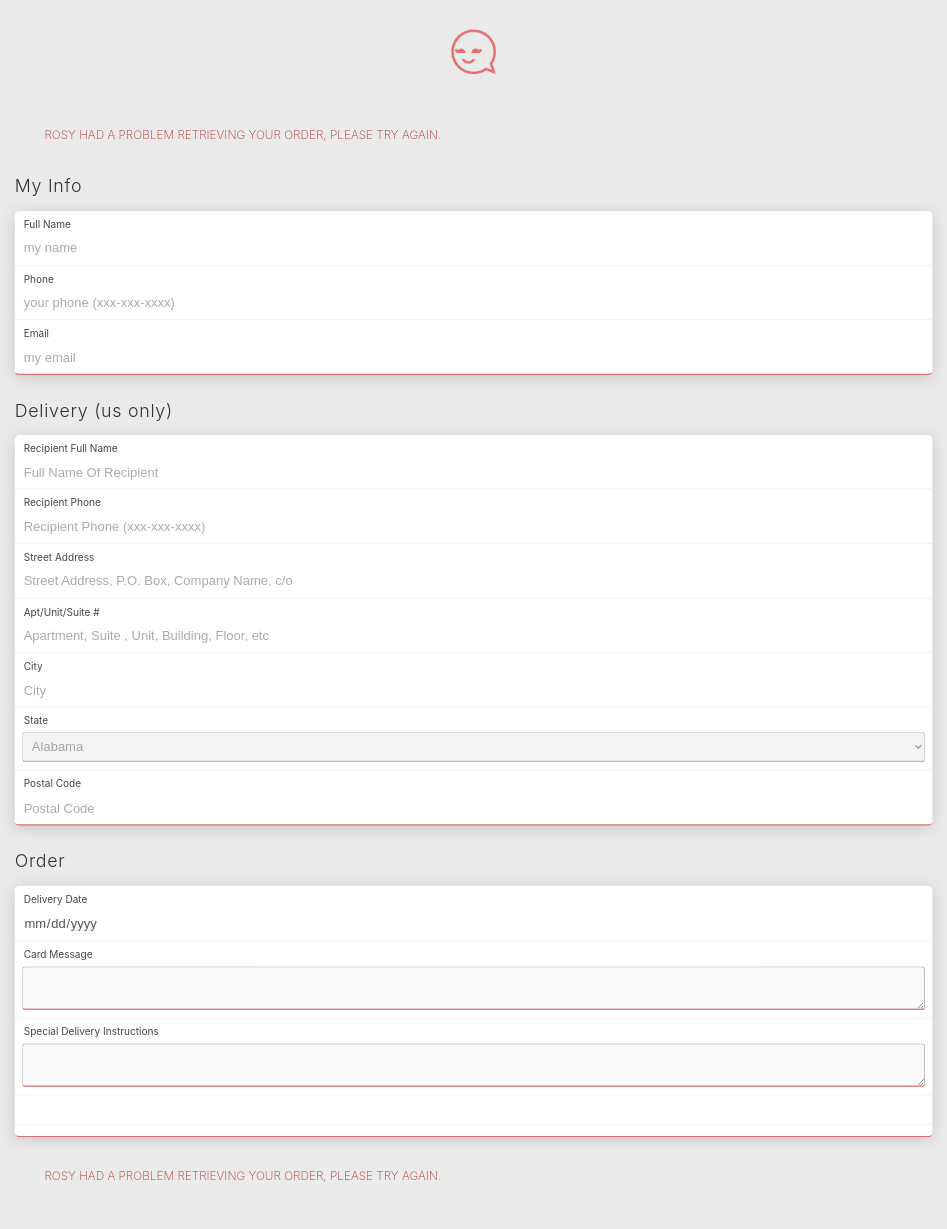
Repository: mattbobgithub/rosybot-ui
Page: rosybot-ui/dist/checkout.html
An editor plug-in stored every save of this project. The page is shown before and after the next save, followed by the edit.
The browser window is 1280 px wide. The pictures show the whole page, at 74% of full size.
The page's requests for data from a server got no answer. Some web libraries are served in a nearby version.

Above is the page before, as saved 2017-10-14 00:45:57.

After the next save:
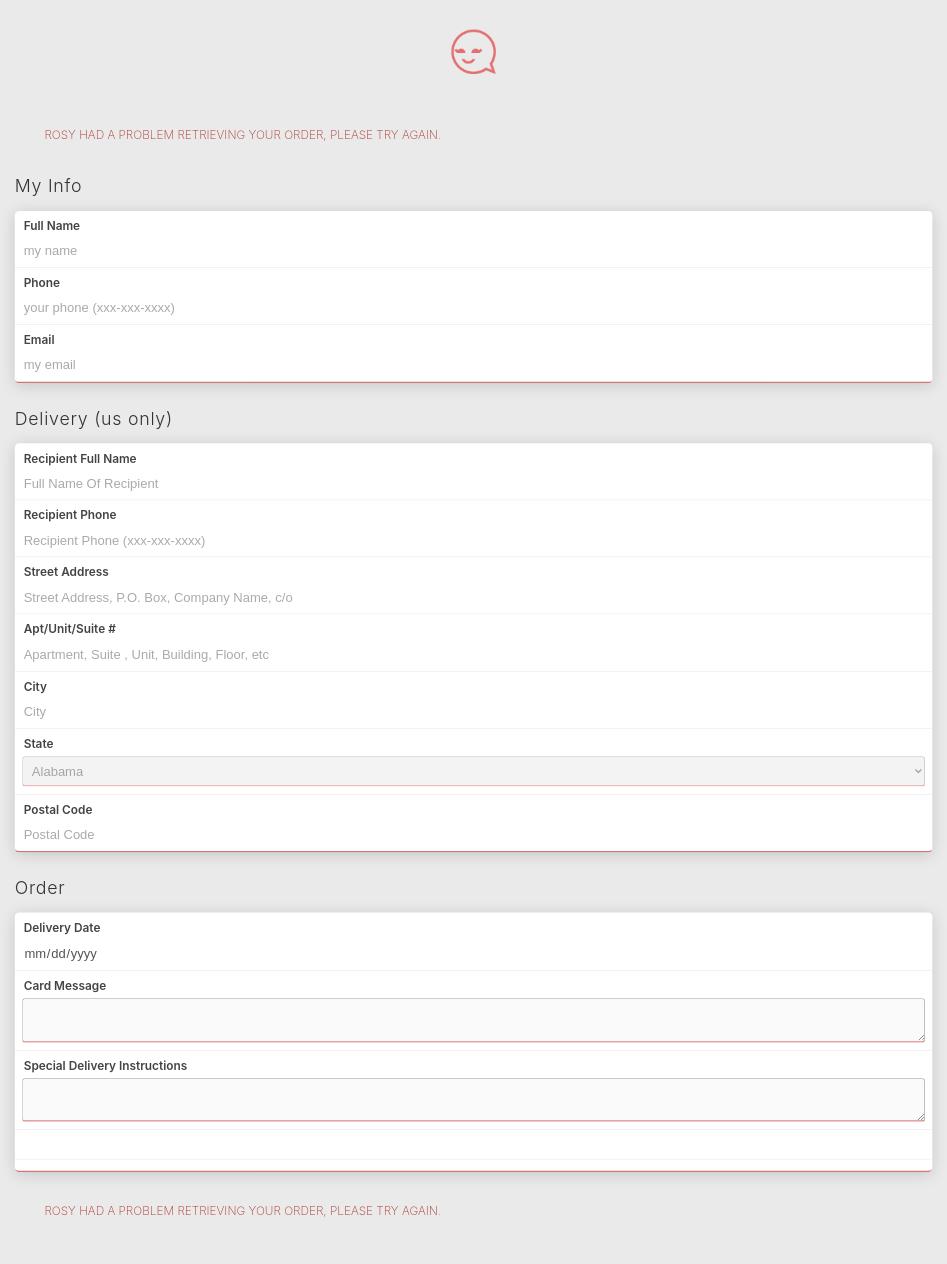
Saved 6 min 40 s later.
--- a/rosybot-ui/dist/index.css
+++ b/rosybot-ui/dist/index.css
@@ -76,9 +76,9 @@
 
 .form-group label {
 	display: block;
-	font-size: 85%;
+	font-size: 100%;
 	padding: 8px 12px 0 12px;
-	font-weight: 400;
+	font-weight: 600;
 }
 
 .form-group input {
